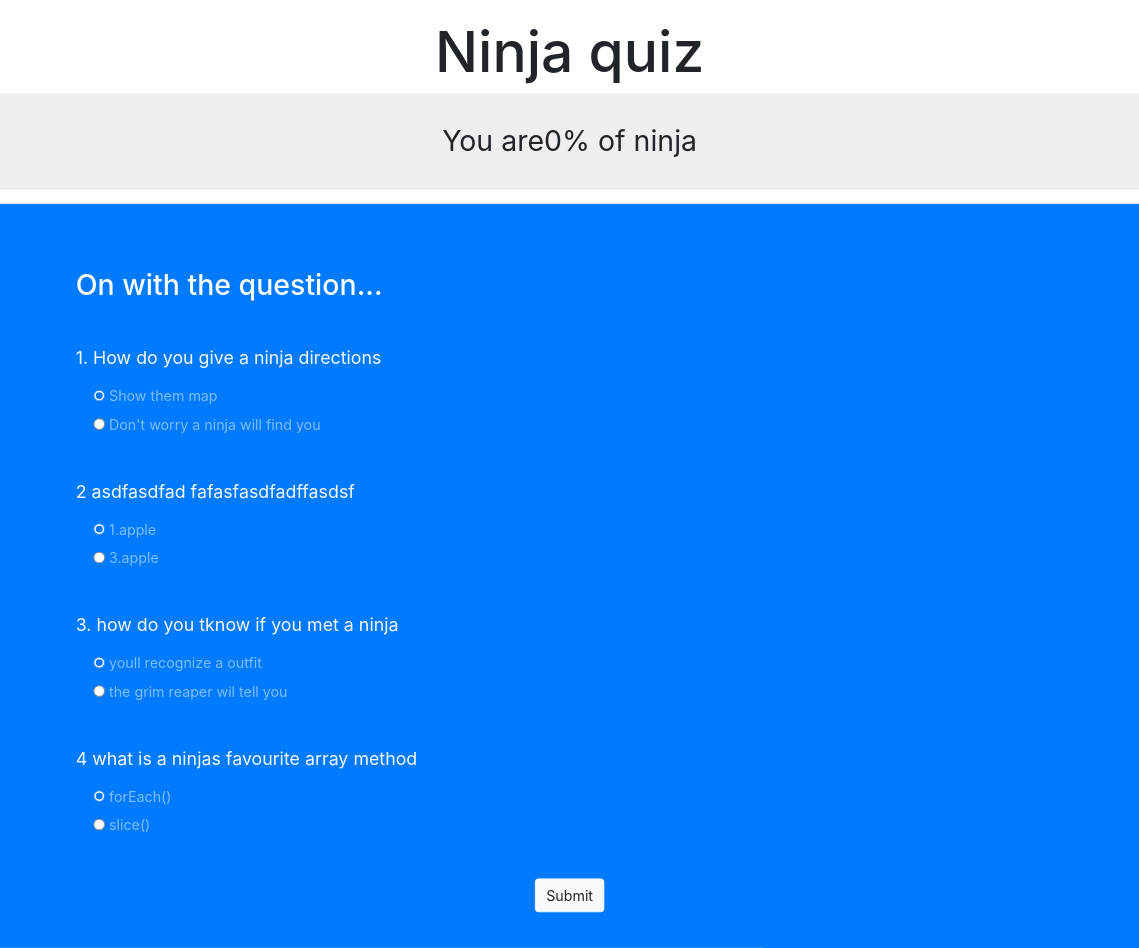
Repository: ajgors/config
Page: Nauka Js/Projekty/Quiz/index.html
An editor plug-in stored every save of this project. The page is shown before and after the next save, followed by the edit.
The browser window is 1280 px wide. The pictures show the whole page, at 89% of full size.

Above is the page before, as saved 2019-08-11 18:16:49.

### Nauka Js/Projekty/Quiz/index.html
<!DOCTYPE html>
<html lang="en">

<head>
    <meta charset="UTF-8">
    <meta name="viewport" content="width=device-width, initial-scale=1.0">
    <meta http-equiv="X-UA-Compatible" content="ie=edge">
    <title>Document</title>
    <link rel="stylesheet" href="https://stackpath.bootstrapcdn.com/bootstrap/4.3.1/css/bootstrap.min.css"
        integrity="sha384-ggOyR0iXCbMQv3Xipma34MD+dH/1fQ784/j6cY/iJTQUOhcWr7x9JvoRxT2MZw1T" crossorigin="anonymous">
        <link rel="stylesheet" href="css.css">
</head>

<body>
    <!-- Header -->
    <!-- <div class="intro py-3 bg-white text-center">
        <div class="container">
            <h2 class="text-primary display-3 my-4">Ninja Quiz</h2>
        </div>
    </div> -->

    <header class="header">
        <h1 class="header__title">Ninja quiz</h1>
    </header>

    <!-- Result -->
    <!-- <div class="result py-4 d-none bg-light text-center">
        <div class="container lead">
            <p>You are <span class="text-primary display-4 p-3">0%</span>Ninja</p>
        </div>
    </div> -->

    <div class="result">
        <p class="result__paragraph">You are<span class="result__span">0%</span> of ninja</p>
    </div>

    <!-- Form -->
    <div class="quiz py-4 bg-primary">
        <div class="container">
            <h2 class="my-5 text-white">On with the question...</h2>
            <form action="" class="quiz-form text-light">
                <div class="my-5">
                    <p class="lead font-weight-normal">1. How do you give a ninja directions</p>
                    <div class="form-check my-2 text-white-50">
                        <input type="radio" name='q1' value='A' checked>
                        <label for="" class="form-check-label">Show them map</label>
                    </div>
                    <div class="form-check my-2 text-white-50">
                        <input type="radio" name='q1' value='B'>
                        <label for="" class="form-check-label">Don't worry a ninja will find you</label>
                    </div>
                </div>
                <div class="my-5">
                    <p class="lead font-weight-normal">2 asdfasdfad fafasfasdfadffasdsf</p>
                    <div class="form-check my-2 text-white-50">
                        <input type="radio" name='q2' value='A' checked>
                        <label for="" class="form-check-label">1.apple</label>
                    </div>
                    <div class="form-check my-2 text-white-50">
                        <input type="radio" name='q2' value='B'>
                        <label for="" class="form-check-label">3.apple</label>
                    </div>
                </div>
                <div class="my-5">
                    <p class="lead font-weight-normal">3. how do you tknow if you met a ninja</p>
                    <div class="form-check my-2 text-white-50">
                        <input type="radio" name='q3' value='A' checked>
                        <label for="" class="form-check-label">youll recognize a outfit</label>
                    </div>
                    <div class="form-check my-2 text-white-50">
                        <input type="radio" name='q3' value='B'>
                        <label for="" class="form-check-label">the grim reaper wil tell you</label>
                    </div>
                </div>
                <div class="my-5">
                    <p class="lead font-weight-normal">4 what is a ninjas favourite array method</p>
                    <div class="form-check my-2 text-white-50">
                        <input type="radio" name='q4' value='A' checked>
                        <label for="" class="form-check-label">forEach()</label>
                    </div>
                    <div class="form-check my-2 text-white-50">
                        <input type="radio" name='q4' value='B'>
                        <label for="" class="form-check-label">slice()</label>
                    </div>
                </div>
                <div class="text-center">
                    <input type="submit" class='btn btn-light'>
                </div>
            </form>
        </div>


        <div class="xd">
            <p class="xd"></p>
        </div>
    </div>

    <script src="js.js"></script>
</body>

</html>

### Nauka Js/Projekty/Quiz/css.css
.header__title{
    text-align: center;
    margin-top:  20px;
    font-size: 4em;
}

.result{
    background-color: #eee;
}
.result__paragraph{
    text-align: center;
    padding: 30px;
    font-size: 2em
}
.result__span{

}

### Nauka Js/Projekty/Quiz/js.js




const form = document.querySelector('.quiz-form');
const result = document.querySelector('.result');
const correctAnswers = ['B','B','B','B'];
const spanResult = document.querySelector('span');

form.addEventListener('submit', e=>{
    e.preventDefault();

    //check answer
    let score = 0;
    const userAnswers = [form.q1.value, form.q2.value, form.q3.value, form.q4.value];

    userAnswers.forEach((answer, index) =>{
        if(answer === correctAnswers[index]){
            score += 25;
        }
    });

    scrollTo(0,0)
    result.classList.remove('d-none');
    // spanResult.textContent = `${score}%`

    let output = 0;
    const timer = setInterval(()=>{
        spanResult.textContent = `${output}%`
        if(output === score){
            clearInterval(timer);
        } else {
            output++;
        }
    })


})

After the next save:
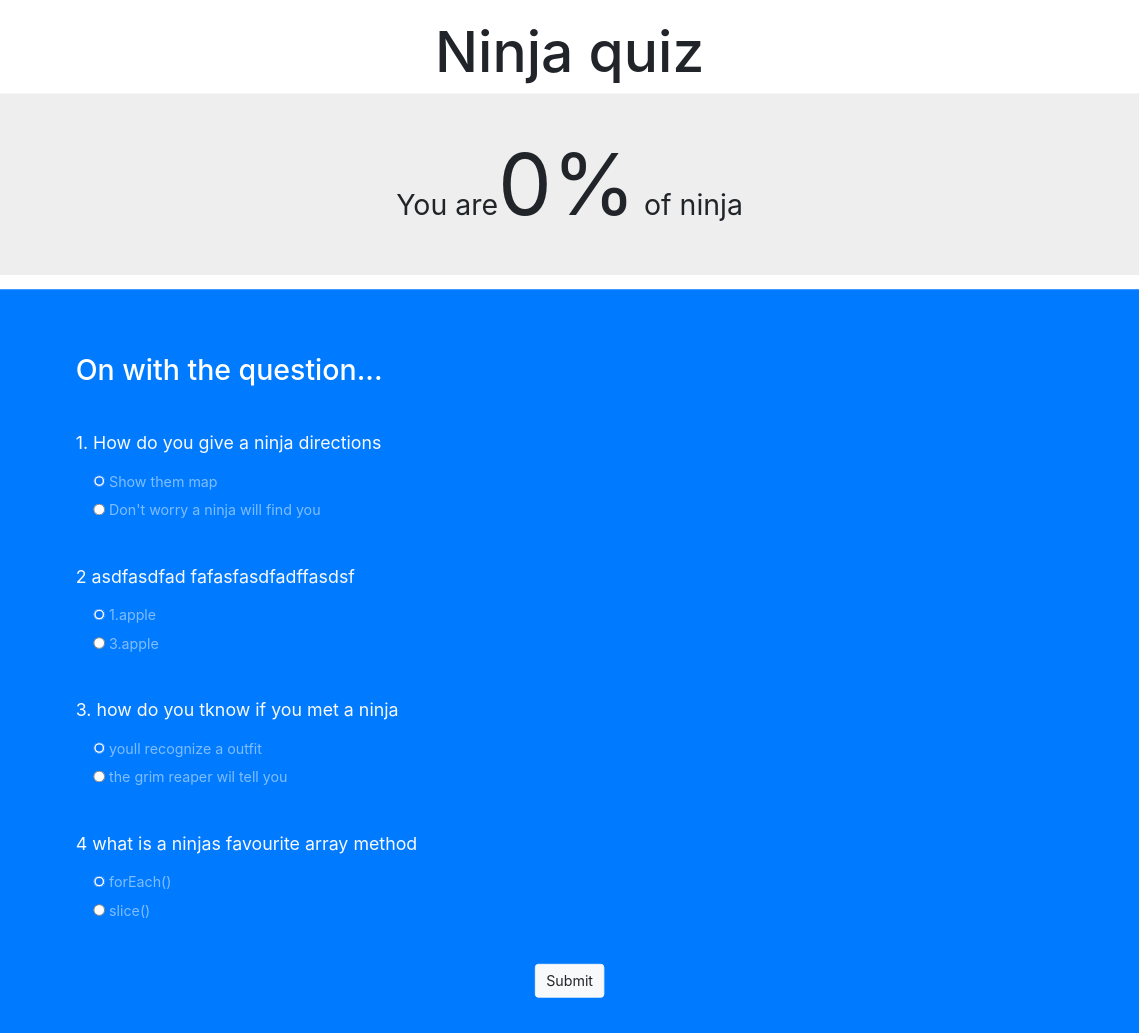
Saved 9 s later.
--- a/Nauka Js/Projekty/Quiz/css.css
+++ b/Nauka Js/Projekty/Quiz/css.css
@@ -13,5 +13,5 @@
     font-size: 2em
 }
 .result__span{
-
+    font-size: 3em;
 }
